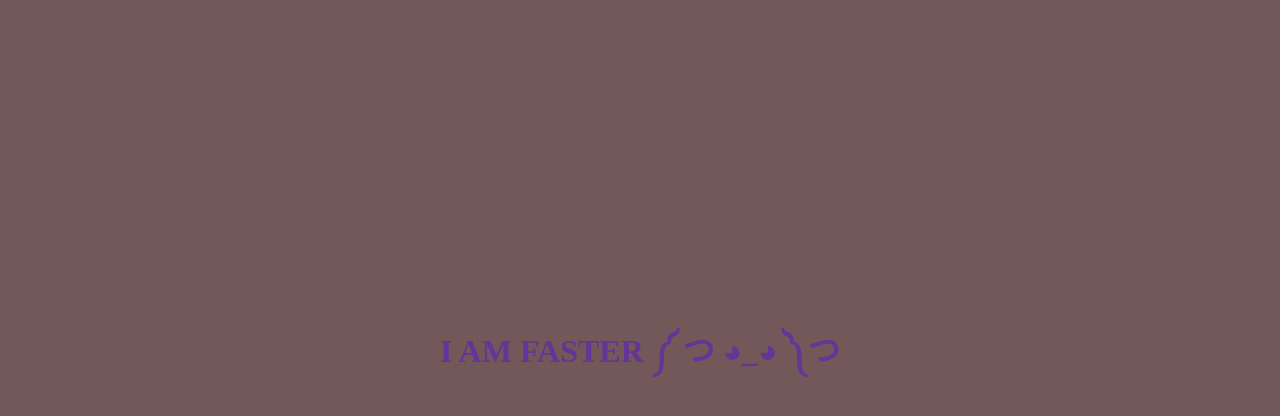
Repository: KHANas02/CACTUS
Page: index.html
An editor plug-in stored every save of this project. The page is shown before and after the next save, followed by the edit.
The browser window is 1280 px wide. The pictures show the whole page.

Above is the page before, as saved 2024-02-21 17:47:05.

After the next save:
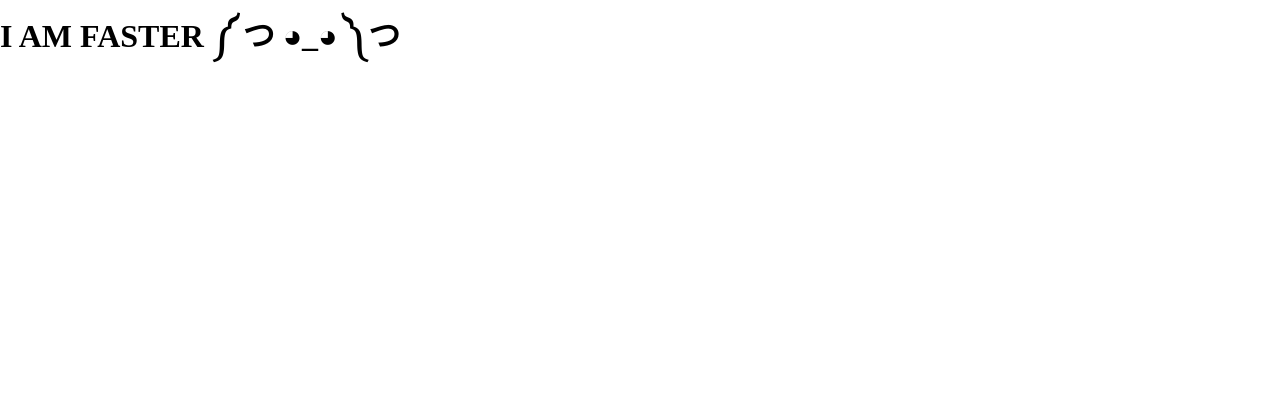
Saved 27 s later.
--- a/style.css
+++ b/style.css
@@ -8,39 +8,8 @@
 .conteiner{
 width: 100%;
 height: 100vh;
-background-color: #725858;
-display: flex;
-align-items: center;
-gap: 20px;
-justify-content: center;
-}
-.conteiner h1:first-child{
-color: rgb(207, 63, 63);
-text-decoration: uppercase;
+bc
 
-}
-.conteiner h1:last-child{
-color:rebeccapurple ;
-text-decoration: uppercase;
 
 
 }
-.conteiner h1:nth-child(3){
-color: blue;
-text-decoration: uppercase;
-
-}
-.conteiner h1:nth-child(4){
-font-size: 50px;
-color: aqua;
-
-
-}
-p::first-line{
-    color: #086691;
-    font-size: 40px;
-}
-h1:active{
-font-size: 60px;
-border-bottom: 2px solid (╯°□°）╯︵ ┻━┻;
-}
